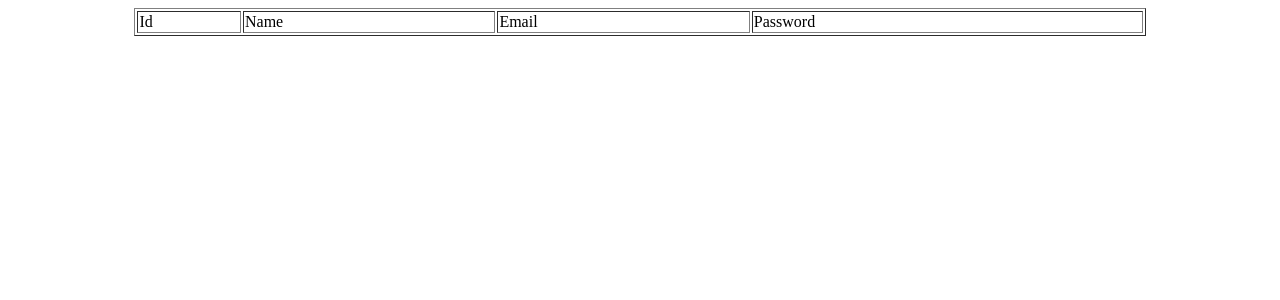
Repository: MorPhingG/JavaWeb
Page: http://localhost/Login/List.jsp
These files come from the project's save history. The page is drawn as it stood at one moment and after the next save; the edit follows.
The browser window is 1280 px wide. The pictures show the whole page.
The page is served by Tomcat 9. Queries for data that is not in the repository find no rows.

Above is the page before, as saved 2016-04-24 22:00:52.

After the next save:
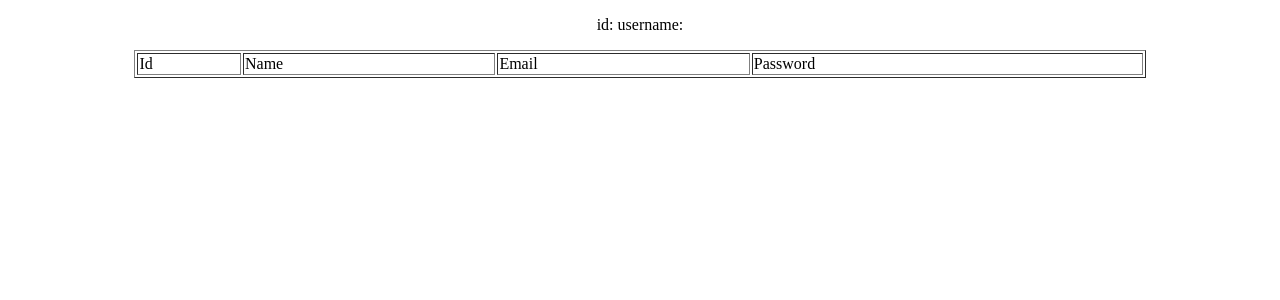
Saved 69 s later.
--- a/Login/WebContent/List.jsp
+++ b/Login/WebContent/List.jsp
@@ -52,7 +52,10 @@
 <%
 	}
 %>
-
+	<p>
+	id: <span id="fname"></span>
+	username: <span id="lname"></span><br />
+</p>
 <%
 	rs = pstmt.executeQuery();
 	while(rs.next()){

After the 3 saves that followed:
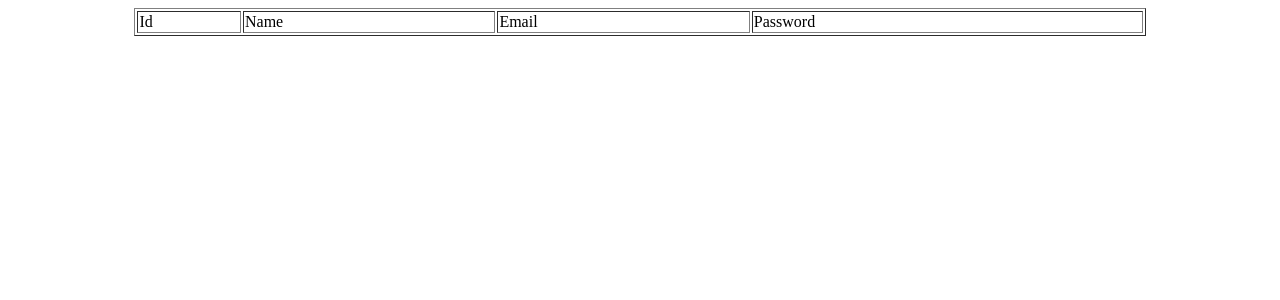
The 3 saves are shown as one change because 2 left the picture as it was.
The last was saved 46 s later.
--- a/Login/WebContent/List.jsp
+++ b/Login/WebContent/List.jsp
@@ -52,10 +52,6 @@
 <%
 	}
 %>
-	<p>
-	id: <span id="fname"></span>
-	username: <span id="lname"></span><br />
-</p>
 <%
 	rs = pstmt.executeQuery();
 	while(rs.next()){
@@ -64,6 +60,9 @@
 		String email = rs.getString(3);
 		String password = rs.getString(4);
 %>
+	<p>
+	id: <span id="id"></span>
+	username: <span id="username"></span><br /> </p>
 	<tr>
 		<td><%=id%></td>
 		<td><%=name%></td>
